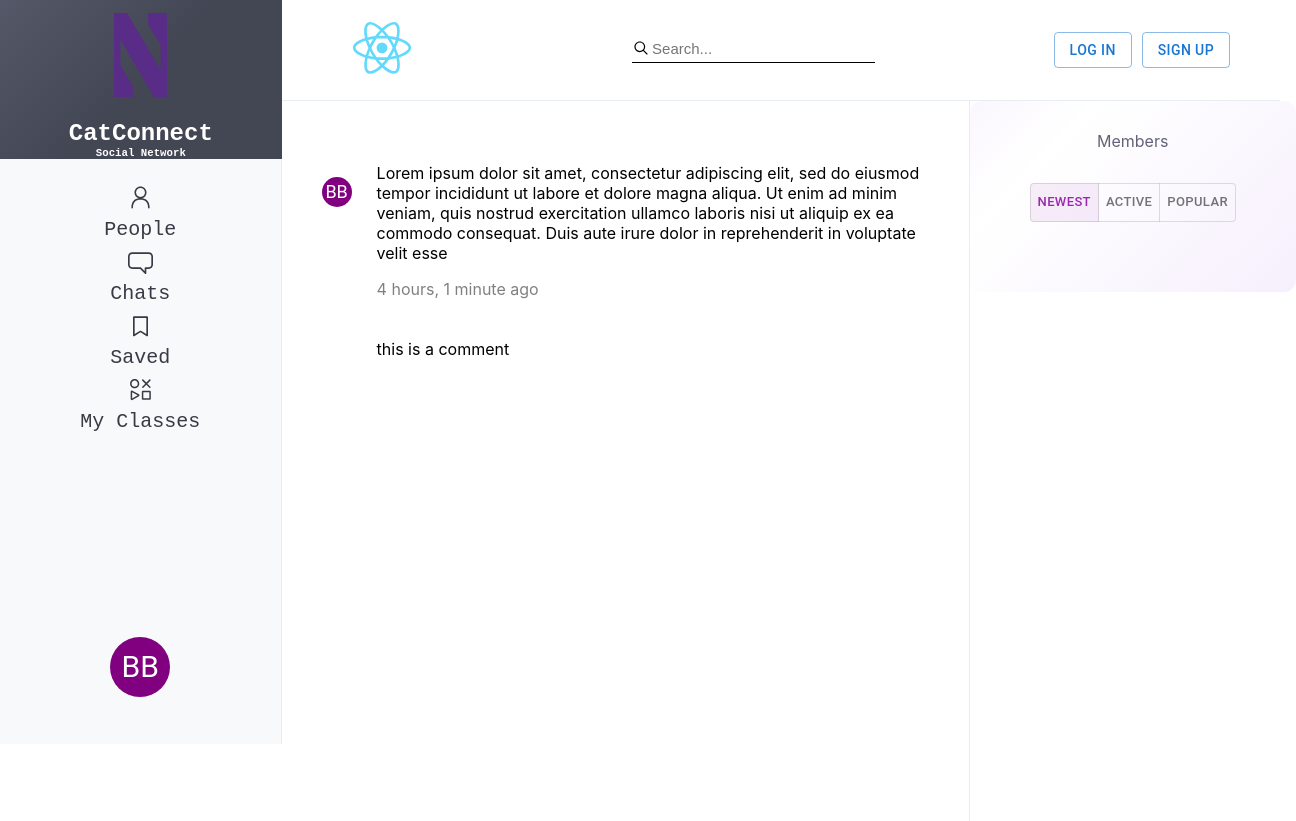
Repository: bbrockbrown/fws_proj
Page: / (app in frontend/)
These files come from the project's save history. The page is drawn as it stood at one moment and after the next save; the edit follows.
The browser window is 1280 px wide. The page is 1296 px wide, so the pictures cover 1296 px, including what lies to the right of the window. The pictures show the whole page.
The project was rebuilt for these pictures with package versions that can differ from the ones it lists, and the page was loaded fresh each time. Also part of the build but not shown: frontend/craco.config.js.

Above is the page before, as saved 2025-04-27 11:59:29.

### frontend/src/index.jsx
import React from 'react';

import ReactDOM from 'react-dom/client';

import App from './App';
import './index.css';
import reportWebVitals from './reportWebVitals';

const root = ReactDOM.createRoot(document.getElementById('root'));
root.render(
  <React.StrictMode>
    <App />
  </React.StrictMode>
);

// If you want to start measuring performance in your app, pass a function
// to log results (for example: reportWebVitals(console.log))
// or send to an analytics endpoint. Learn more: https://bit.ly/CRA-vitals
reportWebVitals();

### frontend/src/App.jsx
import React from 'react';

import styled from 'styled-components';

import Feed from 'common/components/Feed';
import MemberCard from 'common/components/MemberCard';
import SidebarLayout from 'common/components/layouts/SidebarLayout';

import './App.css';
import NavLayout from './common/components/layouts/NavLayout.jsx';

function App() {
  return (
    <div className='App'>
      <NavLayout />
      <SidebarLayout />
      <div
        className='content'
        style={{
          display: 'flex',
          paddingRight: '88px',
          marginLeft: '22%',
        }}
      >
        <Feed />
        <MemberCard />
      </div>
    </div>
  );
}

export default App;

// import React from 'react';

// import { BrowserRouter, Route, Routes } from 'react-router-dom';
// import {
//   PrivateRoute,
//   PublicOnlyRoute
// } from './components/routes/ProtectedRoutes';
// import { UserProvider } from './contexts/UserContext';
// import NavLayout from './components/layouts/NavLayout.jsx';
// import './App.css';

// function App() {
//   return (
//     <UserProvider>
//       <BrowserRouter>
//         <Routes>
//           <Route path='/' element={<NavLayout/>}>
//             <Route element={<PrivateRoute />}>
//               {/* Pages only for logged in users */}
//             </Route>
//             <Route element={<PublicOnlyRoute />}>
//               {/* Pages for only logged out users */}
//             </Route>
//           </Route>
//         </Routes>
//       </BrowserRouter>
//     </UserProvider>
//   );
// }

// export default App;

### frontend/src/common/components/Feed.jsx
import React, { useState } from 'react';

import { Avatar } from '@mui/material';
import styled from 'styled-components';

const FeedContainer = styled.div`
  padding: 30px 40px 70px 40px;
  flex: 0 0 66.6667%;
  max-width: 0.66.6667%;
`;

const PostList = styled.ul`
  position: relative;
  padding: 0;
`;

const PostItem = styled.li`
  list-style: none;
  padding: 0;
  margin-top: 0px;
  margin-bottom: 2.5rem;
  border: none !important;
  position: relative;
`;

const PostAvatar = styled.div`
  margin: 0;
  position: absolute;
  left: 0px;
  top: 30px;
  float: left;
  z-index: 1;
  text-align: center;
`;

const PostContent = styled.div`
  margin-left: 55px;
  position: relative;
  display: flex;
  flex-direction: column;
`;

export default function Feed() {
  const [posts, setPosts] = useState([]);

  return (
    <FeedContainer>
      <PostList>
        <PostItem>
          <PostAvatar>
            <Avatar sx={{ bgcolor: 'purple', width: '30px', height: '30px' }}>
              <p style={{ fontSize: '18px' }}>BB</p>
            </Avatar>
          </PostAvatar>
          <PostContent>
            <div style={{ marginBottom: '0.5rem', textAlign: 'left' }}>
              <div>
                <p>
                  Lorem ipsum dolor sit amet, consectetur adipiscing elit, sed
                  do eiusmod tempor incididunt ut labore et dolore magna aliqua.
                  Ut enim ad minim veniam, quis nostrud exercitation ullamco
                  laboris nisi ut aliquip ex ea commodo consequat. Duis aute
                  irure dolor in reprehenderit in voluptate velit esse{' '}
                </p>
              </div>
              <div>
                <p style={{ fontSize: '1rem', color: 'gray' }}>
                  4 hours, 1 minute ago
                </p>
              </div>
            </div>
            <div style={{ textAlign: 'left' }}>
              <p>this is a comment</p>
            </div>
          </PostContent>
        </PostItem>
      </PostList>
    </FeedContainer>
  );
}

### frontend/src/common/components/MemberCard.jsx
import React, { useState } from 'react';

import { ToggleButton, ToggleButtonGroup } from '@mui/material';
import styled from 'styled-components';

const MemCardContainer = styled.div`
  padding: 30px 30px 70px 30px;
  min-width: 33.33%;
  width: 100%;
  border-radius: 12px;
  color: rgb(98, 98, 118);
  background-color: rgba(130, 36, 227, 0.02);
  background: linear-gradient(
    135deg,
    rgba(130, 36, 227, 0.04) 0%,
    rgba(255, 255, 255, 0) 25%,
    rgba(130, 36, 227, 0.07) 100%
  );
`;

const CardTitle = styled.div`
  margin-bottom: 1rem;
  padding-bottom: 1rem;
  position: relative;
  font-size: 1rem;
`;

export default function MemberCard() {
  const [newestMembers, setNewestMembers] = useState([]);
  const [activeMembers, setActiveMembers] = useState([]);
  const [popularMembers, setPopularMembers] = useState([]);

  function MemberToggle() {
    const [mode, setMode] = useState('Newest');

    const handleModeChange = (event, newMode) => {
      if (newMode !== null) {
        setMode(newMode);
      }
    };

    return (
      <ToggleButtonGroup
        value={mode}
        exclusive
        onChange={handleModeChange}
        aria-label='member mode'
        size='small'
        color='secondary'
      >
        <ToggleButton value='Newest' aria-label='newest members'>
          Newest
        </ToggleButton>
        <ToggleButton value='Active' aria-label='active members'>
          Active
        </ToggleButton>
        <ToggleButton value='Popular' aria-label='popular members'>
          Popular
        </ToggleButton>
      </ToggleButtonGroup>
    );
  }

  return (
    <div style={{ borderLeft: '1px solid #e7edf2', height: '100vh' }}>
      <MemCardContainer>
        <div>
          <CardTitle>Members</CardTitle>
          <MemberToggle />
        </div>
      </MemCardContainer>
    </div>
  );
}

### frontend/src/common/components/layouts/SidebarLayout.jsx
import React from 'react';

import { Avatar } from '@mui/material';
import {
  BookmarkIcon,
  ChatBubbleIcon,
  PersonIcon,
} from '@radix-ui/react-icons';
import nulogo from 'assets/icons/nulogo.svg';
import styled from 'styled-components';

const BarContainer = styled.div`
  position: fixed;
  top: 0;
  left: 0;
  overflow: visible;
  z-index: 9;
  width: 22%;
  min-width: 160px;
  height: 100vh;
  text-align: center;
`;

const InfoContainer = styled.div`
  background-color: #383a45;
  background-image: linear-gradient(
    135deg,
    rgb(85, 88, 104) 0%,
    rgb(67, 70, 83) 50%
  );
`;

const Logo = styled.img`
  max-width: 80%;
  max-height: 90px;
  height: auto;
  vertical-align: middle;
  border-style: none;
  margin-top: 10px;
  margin-left: auto;
  margin-right: auto;
`;

const LogoText = styled.h2`
  font-family: 'Courier New', monospace;
  color: white;
  margin-bottom: 0px;
`;

const SubLogoText = styled.h6`
  font-family: 'Courier New', monospace;
  color: white;
  margin-top: 0px;
  margin-bottom: 0px;
`;

const IconContainer = styled.div`
  padding-bottom: 15px;
  padding-top: 10px;
  border-right: 1px solid #e7edf2;
  background-color: #f7f9fb;
  font-family: 'Courier New', monospace;
  height: calc(100% - 160px);
`;

const IconList = styled.ul`
  padding: 0 1rem;
  text-align: center;
  flex-grow: 1;
`;

const IconItem = styled.li`
  list-style: none;
  width: 100%;
  margin-bottom: 0.5rem;
`;

const IconLink = styled.a`
  text-decoration: none;
  display: flex;
  flex-direction: column;
  align-items: center;
  gap: 0.5rem;
  color: #383a45;
  font-size: 1.25rem;
  transition: 0.1s ease-in;

  &:hover {
    color: rgb(131, 80, 172);
  }
  & > svg {
    height: 25px;
    width: auto;
  }
`;

export default function SidebarLayout() {
  return (
    <BarContainer>
      <div style={{ height: '100%', maxWidth: '100%' }}>
        <InfoContainer>
          <Logo src={nulogo} />
          <LogoText>CatConnect</LogoText>
          <SubLogoText>Social Network</SubLogoText>
        </InfoContainer>
        <IconContainer>
          <div
            style={{
              maxWidth: '250px',
              marginLeft: 'auto',
              marginRight: 'auto',
              display: 'flex',
              flexDirection: 'column',
              justifyContent: 'space-between',
              height: '100%',
            }}
          >
            <IconList>
              <IconItem>
                <IconLink href='/'>
                  <PersonIcon />
                  <span>People</span>
                </IconLink>
              </IconItem>
              <IconItem>
                <IconLink href='/'>
                  <ChatBubbleIcon />
                  <span>Chats</span>
                </IconLink>
              </IconItem>
              <IconItem>
                <IconLink href='/'>
                  <BookmarkIcon />
                  <span>Saved</span>
                </IconLink>
              </IconItem>
              <IconItem>
                <IconLink href='/'>
                  <svg
                    width='15'
                    height='15'
                    viewBox='0 0 15 15'
                    fill='none'
                    xmlns='http://www.w3.org/2000/svg'
                  >
                    <path
                      d='M2.14921 3.99996C2.14921 2.97778 2.97784 2.14915 4.00002 2.14915C5.02219 2.14915 5.85083 2.97778 5.85083 3.99996C5.85083 5.02213 5.02219 5.85077 4.00002 5.85077C2.97784 5.85077 2.14921 5.02213 2.14921 3.99996ZM4.00002 1.24915C2.48079 1.24915 1.24921 2.48073 1.24921 3.99996C1.24921 5.51919 2.48079 6.75077 4.00002 6.75077C5.51925 6.75077 6.75083 5.51919 6.75083 3.99996C6.75083 2.48073 5.51925 1.24915 4.00002 1.24915ZM5.82034 11.0001L2.49998 12.8369V9.16331L5.82034 11.0001ZM2.63883 8.21159C2.17228 7.9535 1.59998 8.29093 1.59998 8.82411V13.1761C1.59998 13.7093 2.17228 14.0467 2.63883 13.7886L6.57235 11.6126C7.05389 11.3462 7.05389 10.654 6.57235 10.3876L2.63883 8.21159ZM8.30001 9.00003C8.30001 8.61343 8.61341 8.30003 9.00001 8.30003H13C13.3866 8.30003 13.7 8.61343 13.7 9.00003V13C13.7 13.3866 13.3866 13.7 13 13.7H9.00001C8.61341 13.7 8.30001 13.3866 8.30001 13V9.00003ZM9.20001 9.20003V12.8H12.8V9.20003H9.20001ZM13.4432 2.19311C13.6189 2.01737 13.6189 1.73245 13.4432 1.55671C13.2675 1.38098 12.9826 1.38098 12.8068 1.55671L11 3.36353L9.19321 1.55674C9.01748 1.381 8.73255 1.381 8.55682 1.55674C8.38108 1.73247 8.38108 2.0174 8.55682 2.19313L10.3636 3.99992L8.55682 5.80671C8.38108 5.98245 8.38108 6.26737 8.55682 6.44311C8.73255 6.61885 9.01748 6.61885 9.19321 6.44311L11 4.63632L12.8068 6.44314C12.9826 6.61887 13.2675 6.61887 13.4432 6.44314C13.6189 6.2674 13.6189 5.98247 13.4432 5.80674L11.6364 3.99992L13.4432 2.19311Z'
                      fill='currentColor'
                      fillRule='evenodd'
                      clipRule='evenodd'
                    ></path>
                  </svg>
                  <span>My Classes</span>
                </IconLink>
              </IconItem>
            </IconList>
            <div
              style={{
                display: 'flex',
                justifyContent: 'center',
                padding: '2rem 1rem',
              }}
            >
              <Avatar sx={{ bgcolor: 'purple', width: '60px', height: '60px' }}>
                <p style={{ fontSize: '30px' }}>BB</p>
              </Avatar>
            </div>
          </div>
        </IconContainer>
      </div>
    </BarContainer>
  );
}

### frontend/src/App.css
.App {
  text-align: center;
}

.App-logo {
  height: 100vmin;
  pointer-events: none;
  width: 100vh;
}

@media (prefers-reduced-motion: no-preference) {
  .App-logo {
    animation: App-logo-spin infinite 20s linear;
  }
}

.App-header {
  background-color: #282c34;
  min-height: 100vh;
  display: flex;
  flex-direction: column;
  align-items: center;
  justify-content: center;
  font-size: calc(10px + 2vmin);
  color: white;
}

.App-link {
  color: #61dafb;
}

@keyframes App-logo-spin {
  from {
    transform: rotate(0deg);
  }
  to {
    transform: rotate(360deg);
  }
}

.navigation {
  display: flex;
  gap: 10px;
}

### frontend/src/common/components/layouts/NavLayout.jsx
import React, { useEffect, useState } from 'react';

import Button from '@mui/material/Button';
import { MagnifyingGlassIcon } from '@radix-ui/react-icons';
import logo from 'assets/icons/logo.svg';
import styled from 'styled-components';

const NavContainer = styled.div`
  max-height: 100px;
  display: flex;
  justify-content: space-between;
  align-items: center;
  padding: 0px 50px;
  border-bottom: 1px solid rgb(231, 237, 242);
  margin-left: 22%;
`;

const IconContainer = styled.div`
  position: absolute;Ç
  left: 0;
  top: 50%;
  transform: translateY(-50%);
`;

const SearchContainer = styled.div`
  position: relative;
`;

const TextContainer = styled.div`
  width: 100%;
  position: relative;
`;

const StyledInput = styled.input`
  background: none;
  width: 100%;
  border: none;
  outline: none;
  padding-left: 1.25rem;
  padding-bottom: 5px;
  border-bottom: 1px solid black;
  font-size: 15px;
`;

function SearchBar() {
  const [input, setInput] = useState('');

  useEffect(() => {
    console.log('new input is', input);
  }, [input]);

  return (
    <SearchContainer>
      <IconContainer>
        <MagnifyingGlassIcon height='18' width='18' />
      </IconContainer>
      <TextContainer>
        <StyledInput
          type='text'
          autoComplete='off'
          placeholder='Search...'
          onChange={(e) => setInput(e.target.value)}
          required
        />
      </TextContainer>
    </SearchContainer>
  );
}

export default function NavLayout() {
  const [page, setPage] = useState('');

  return (
    <NavContainer>
      <div className='logo-container'>
        <img src={logo} alt='logo' width='100' height='100' />
      </div>
      <div className='search-bar'>
        <SearchBar />
      </div>
      <div className='navigation'>
        <Button variant='outlined'> Log In </Button>
        <Button variant='outlined'> Sign Up </Button>
      </div>
    </NavContainer>
  );
}

Loaded but not shown: frontend/public/index.html (common file); frontend/src/index.css (common file); frontend/src/reportWebVitals.js (common file)

After the next save:
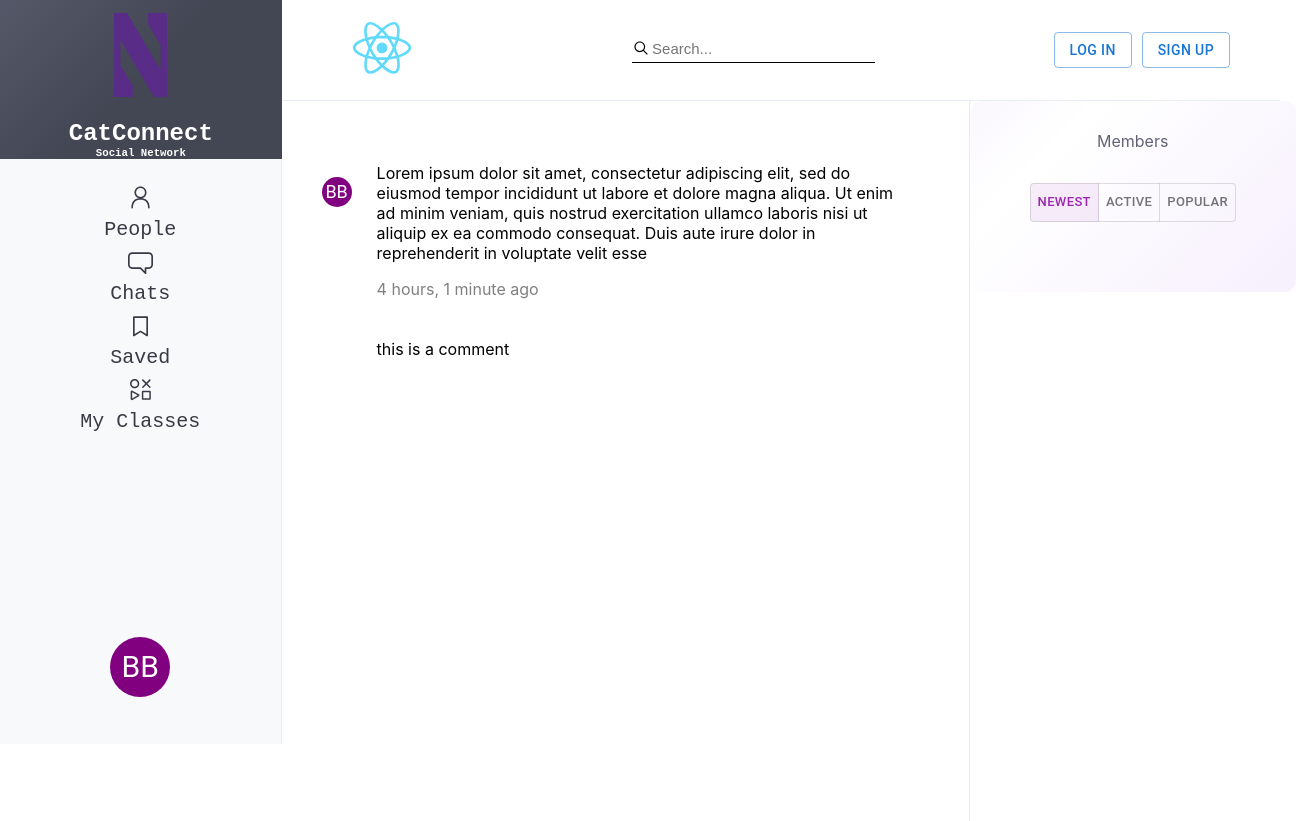
Saved 36 s later.
--- a/frontend/src/common/components/Feed.jsx
+++ b/frontend/src/common/components/Feed.jsx
@@ -12,6 +12,7 @@
 const PostList = styled.ul`
   position: relative;
   padding: 0;
+  padding-right: 2rem;
 `;
 
 const PostItem = styled.li`

After the save that followed:
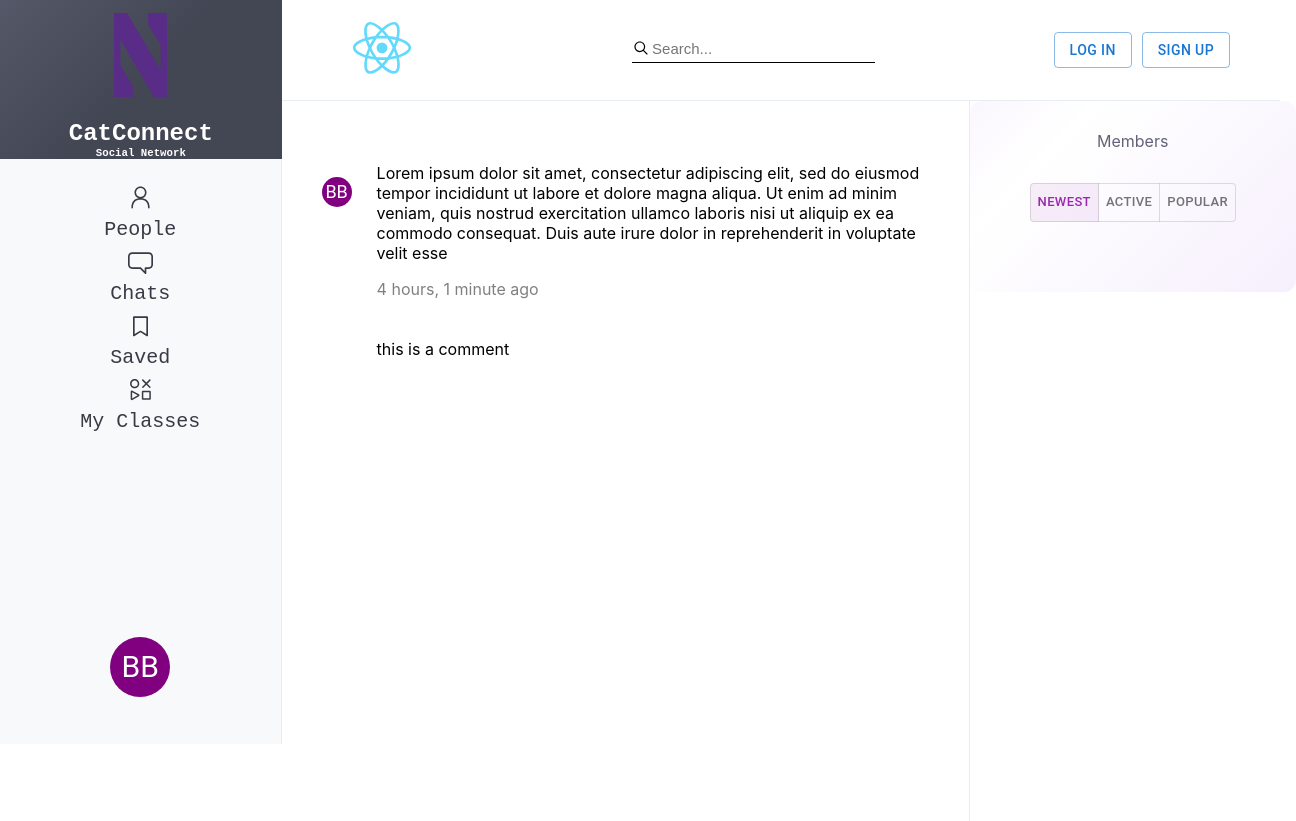
Saved 52 s later.
--- a/frontend/src/common/components/Feed.jsx
+++ b/frontend/src/common/components/Feed.jsx
@@ -12,7 +12,6 @@
 const PostList = styled.ul`
   position: relative;
   padding: 0;
-  padding-right: 2rem;
 `;
 
 const PostItem = styled.li`
